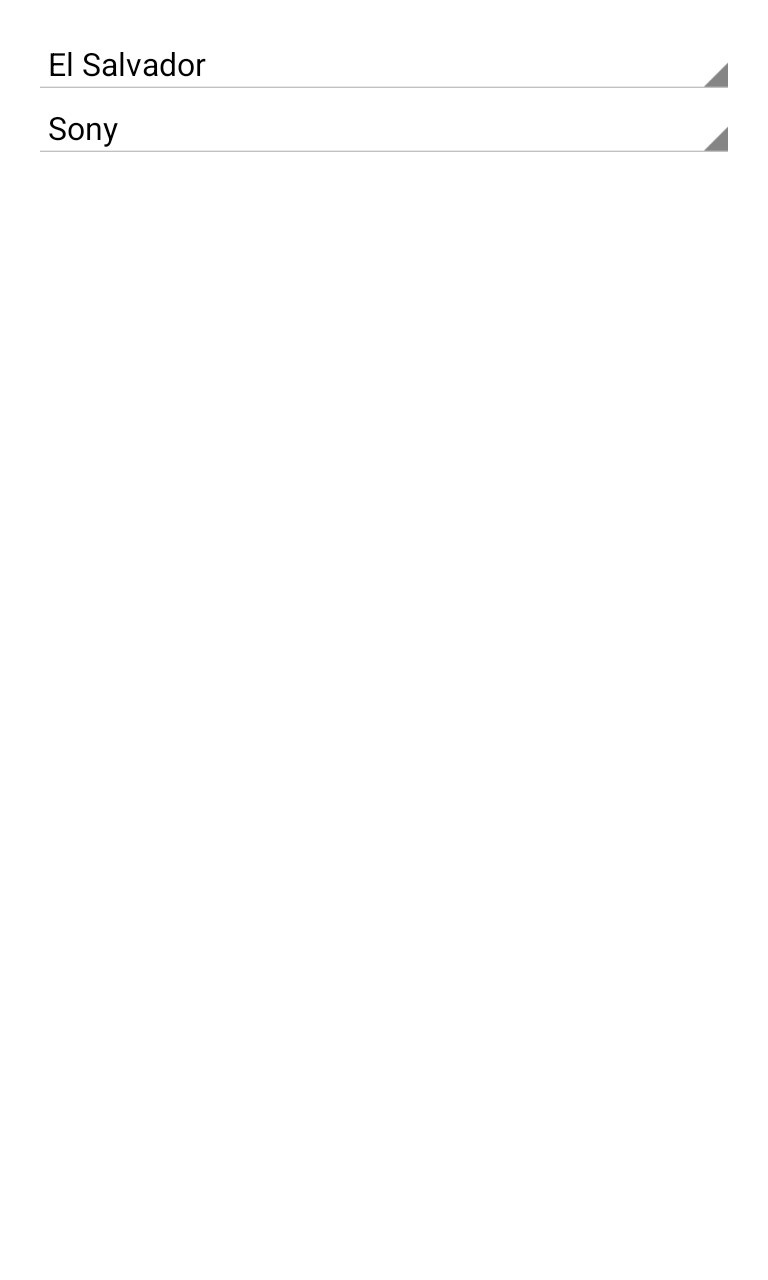
Repository: G3rcar/Android-I
Layout: Clase08Spinner/res/layout/activity_main.xml
An editor plug-in stored every save of this project. The layout is shown before and after the next save, followed by the edit.
It is drawn on a 768 x 1280 px phone screen (xhdpi) without system bars, with theme AppTheme; the app's code is not run.

Above is the layout before, as saved 2013-11-06 13:08:11.

After the next save:
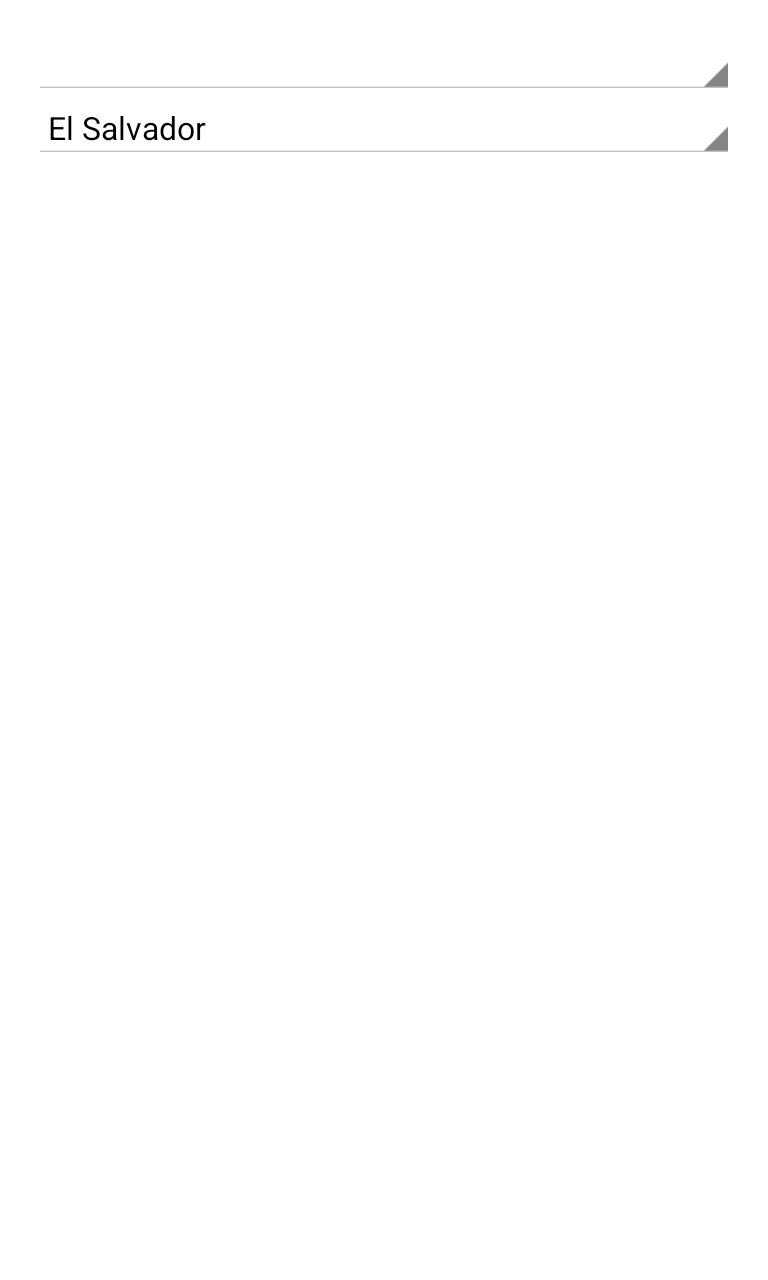
Saved 25 s later.
--- a/Clase08Spinner/res/layout/activity_main.xml
+++ b/Clase08Spinner/res/layout/activity_main.xml
@@ -14,14 +14,13 @@
         android:id="@+id/spnMarcas"
         android:layout_width="match_parent"
         android:layout_height="wrap_content"
-        android:entries="@array/paises"
         android:prompt="@string/lblSelectPaises" />
 
     <Spinner
         android:id="@+id/spnPaises"
         android:layout_width="match_parent"
         android:layout_height="wrap_content"
-        android:entries="@array/marcas"
+        android:entries="@array/paises"
         android:prompt="@string/lblSelectMarcas" />
 
 </LinearLayout>
